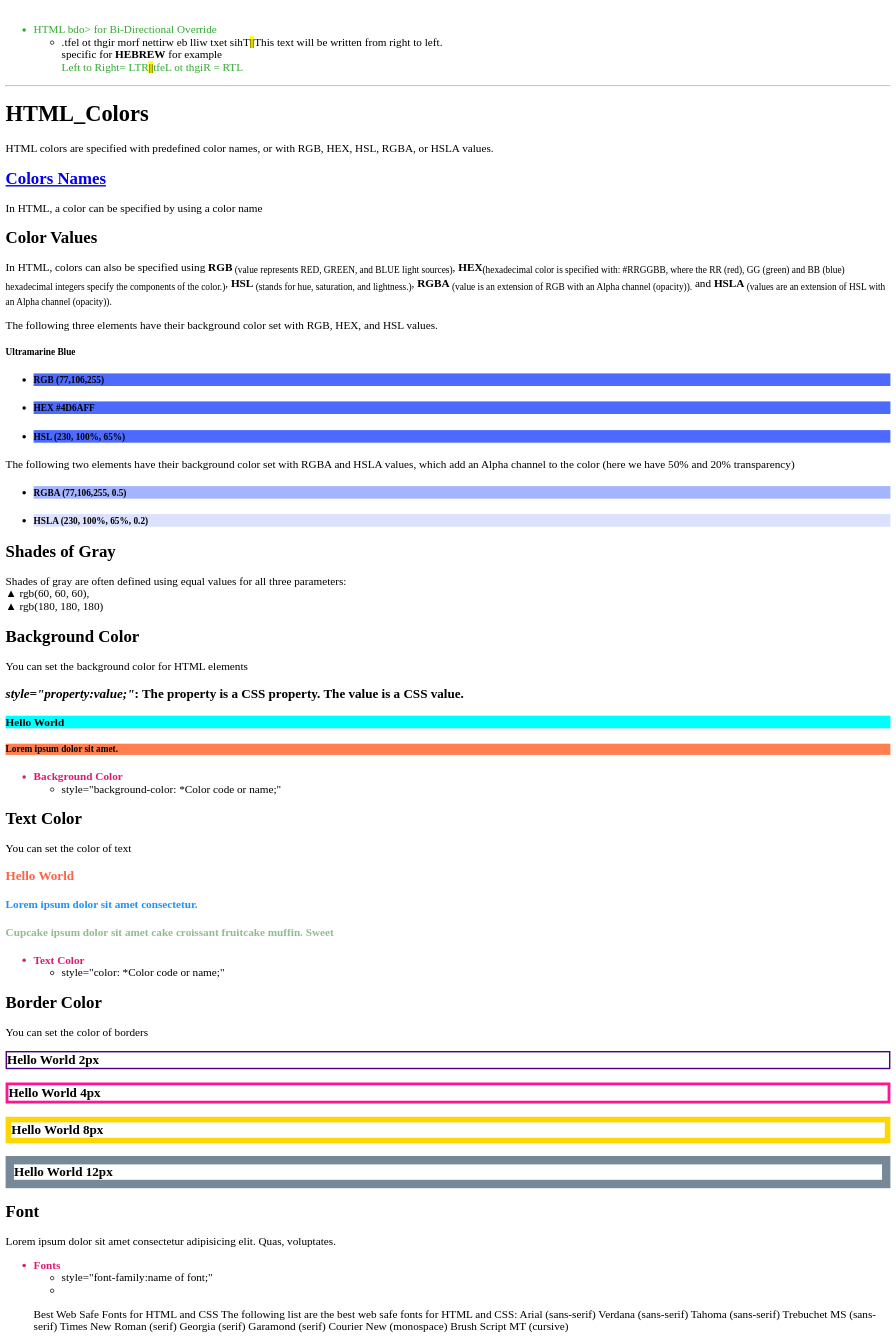
Repository: AnnaSpirit/2025_
Page: Bases/OK/HTML_Text_Formatting.html
These files come from the project's save history. The page is drawn as it stood at one moment and after the next save; the edit follows.
The browser window is 1280 px wide. The pictures show the part of the page from y = 1309 to 3229 px (the page is 3229 px tall before and 3211 px after), at 70% of full size.

Above is the page before, as saved 2025-01-09 15:43:31.

After the next save:
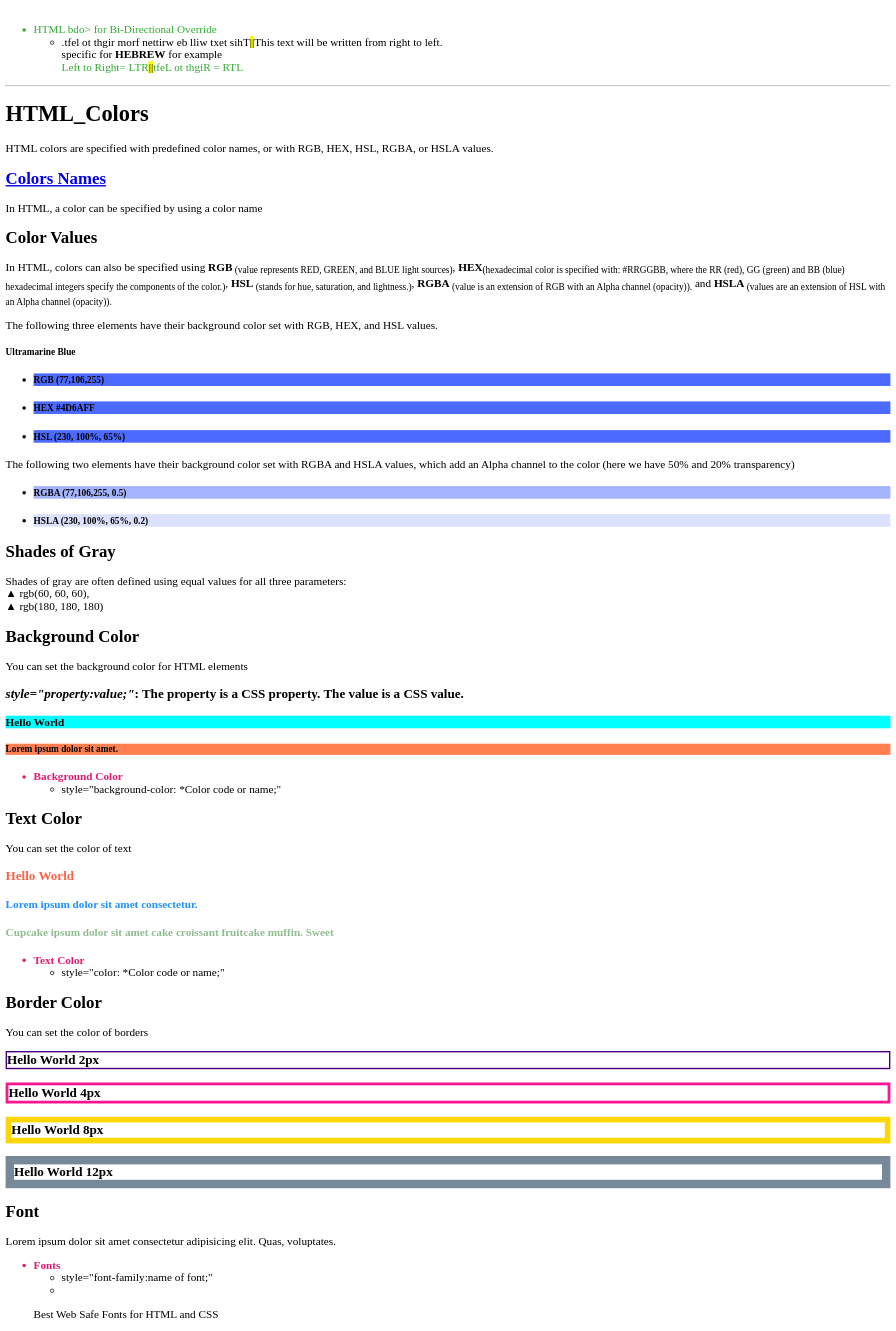
Saved 16 s later.
--- a/Bases/OK/HTML_Text_Formatting.html
+++ b/Bases/OK/HTML_Text_Formatting.html
@@ -221,7 +221,7 @@
             <li>style="font-family:name of font;"</li>
             <li></li>
         </ul>
-        <p>Best Web Safe Fonts for HTML and CSS
+        <p>Best Web Safe Fonts for HTML and CSS<br
 
         The following list are the best web safe fonts for HTML and CSS:
 
